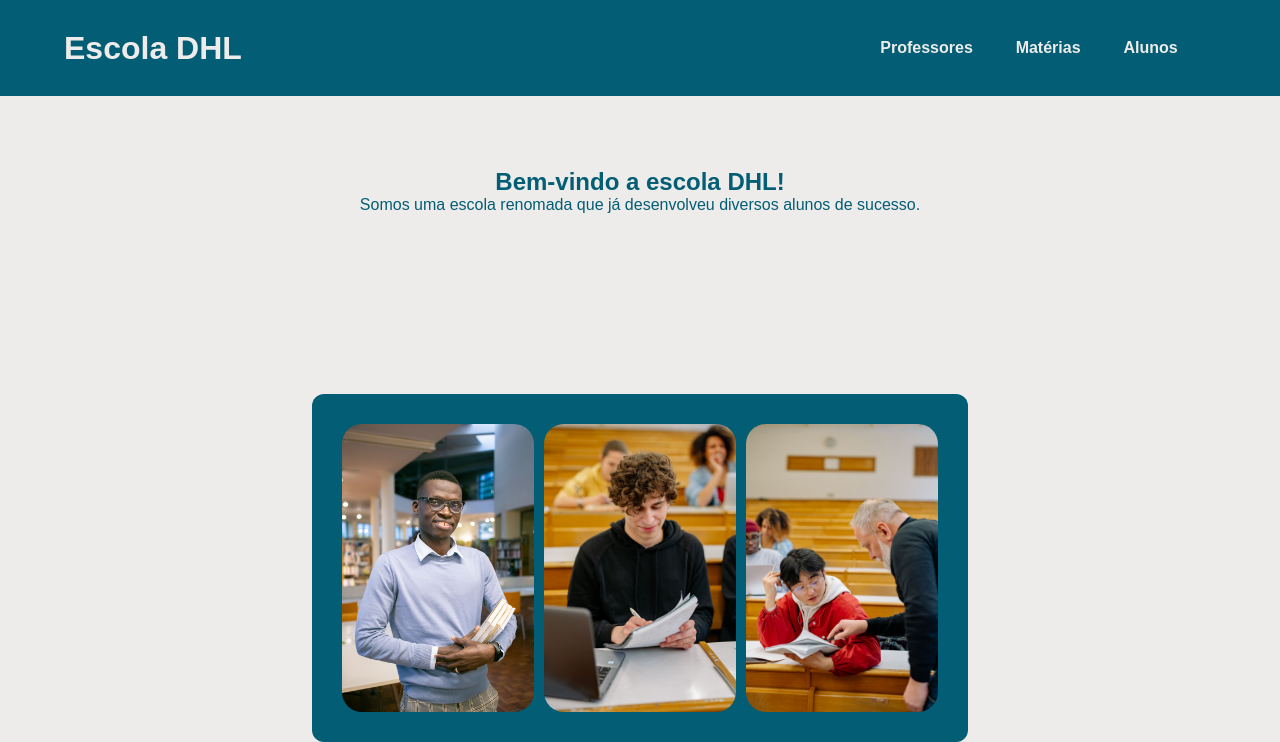
Repository: SirHick/sa-sistema-escola-DHL
Page: front/index.html
These files come from the project's save history. The page is drawn as it stood at one moment and after the next save; the edit follows.
The browser window is 1280 px wide. The pictures show the whole page.

Above is the page before, as saved 2026-07-17 16:03:29.

### front/index.html
<!DOCTYPE html>
<html lang="pt-br">
<head>
    <meta charset="UTF-8">
    <meta name="viewport" content="width=device-width, initial-scale=1.0">
    <title>Escola SA</title>
    <link rel="stylesheet" href="style.css">
</head>
<body>
    <header>

        <h1>Escola DHL</h1>

        <nav>
            <a href="">Professores</a>
            <a href="">Matérias</a>
            <a href="">Alunos</a>
        </nav>
    </header>

    <section class = "main-text">
            <h2>Bem-vindo a escola DHL!</h2>

            <p>Somos uma escola renomada que já
                desenvolveu diversos alunos de sucesso.</p>
    </section>

    <main class = "hero-section">
        <img src="images/pexels-kampus-5940864.jpg" alt="A black student with books">
        <img src="images/pexels-yankrukov-8199147.jpg" alt="A student studying">
        <img src="images/student-and-teacher.jpg" alt="A student receiving help from his teacher">
    </main>


    <script src="script.js"></script>
</body>
</html>

### front/style.css
*{
    margin: 0;
    padding: 0;
    box-sizing: border-box;
    object-fit: cover;
    font-family: 'Nunito', sans-serif;
}


body{
    background: #EDECEA;

}

.landing-page{
    display: flex;
}


header{
    background: #035D74;
    width: 100vw;
    height: 6rem;
    max-height: 8rem;
    display: grid;
    grid-template-columns: 1fr 1fr;
    align-items: center;
    padding-left: 5vw;
    padding-right: 5vw;
}

header h1{
    color: #EDECEA;
}

header nav{
    justify-self: end;

}

header nav a{
    text-decoration: none;
    color: #EDECEA;
    font-weight: 700;
    margin-right: 3vw;
}

.hero-section{
    justify-self: center;
    background-color: #035D74;
    margin-top: 25vh;
    display: grid;
    grid-template-columns: auto auto auto;
    gap: 10px;
    border-radius:12px;
    padding: 30px;
}

.hero-section img{
    width: 15vw;
    border-radius: 20px;
}

.main-text{
    margin-bottom: 3vh;
    color: #035D74;
    text-align: center;
    margin-top: 10vh;
}

Loaded but not shown: front/script.js (no stored copy; drawn as an empty file)

After the next save:
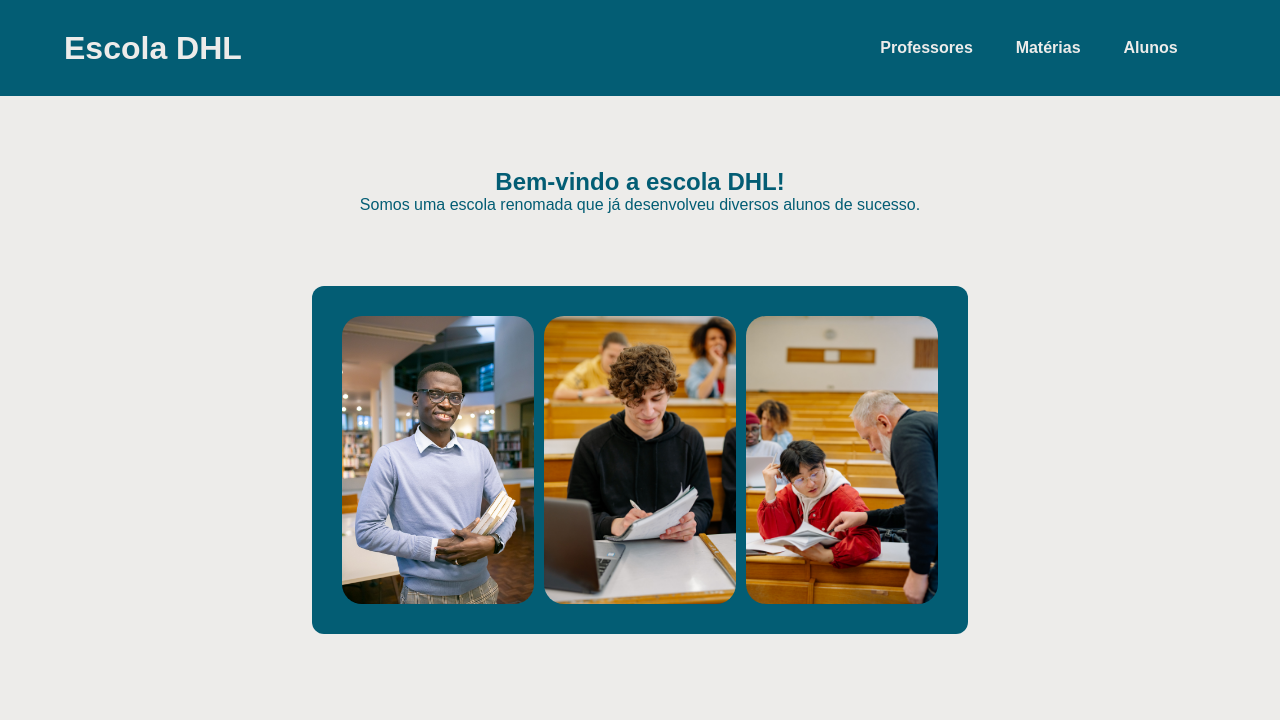
Saved 4 s later.
--- a/front/style.css
+++ b/front/style.css
@@ -48,7 +48,7 @@ header nav a{
 .hero-section{
     justify-self: center;
     background-color: #035D74;
-    margin-top: 25vh;
+    margin-top: 10vh;
     display: grid;
     grid-template-columns: auto auto auto;
     gap: 10px;
